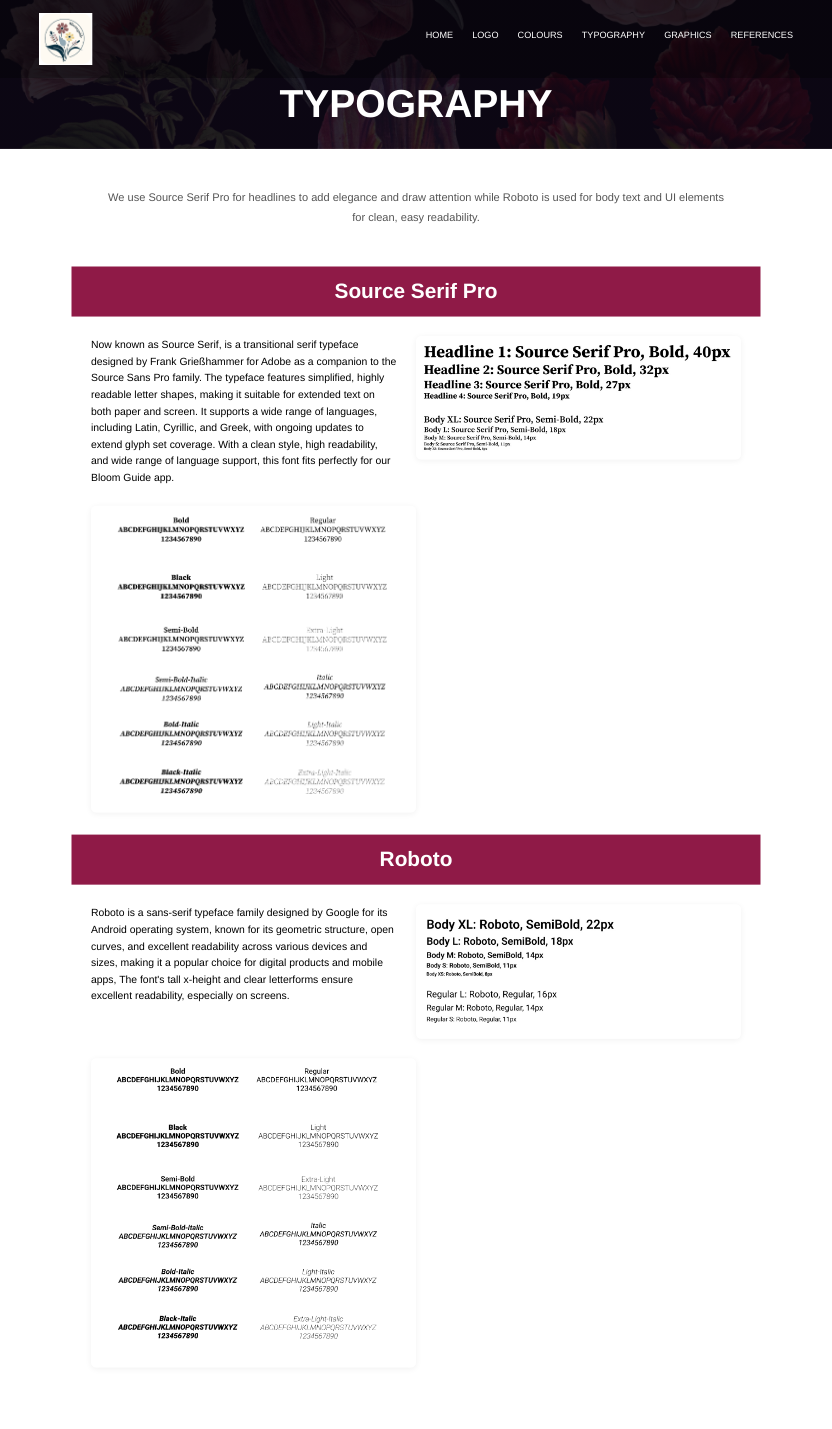
Repository: Emmalee06/styleguide-design2
Page: typography.html
An editor plug-in stored every save of this project. The page is shown before and after the next save, followed by the edit.
The browser window is 1280 px wide. The pictures show the whole page, at 65% of full size.

Above is the page before, as saved 2025-04-07 00:52:22.

After the next save:
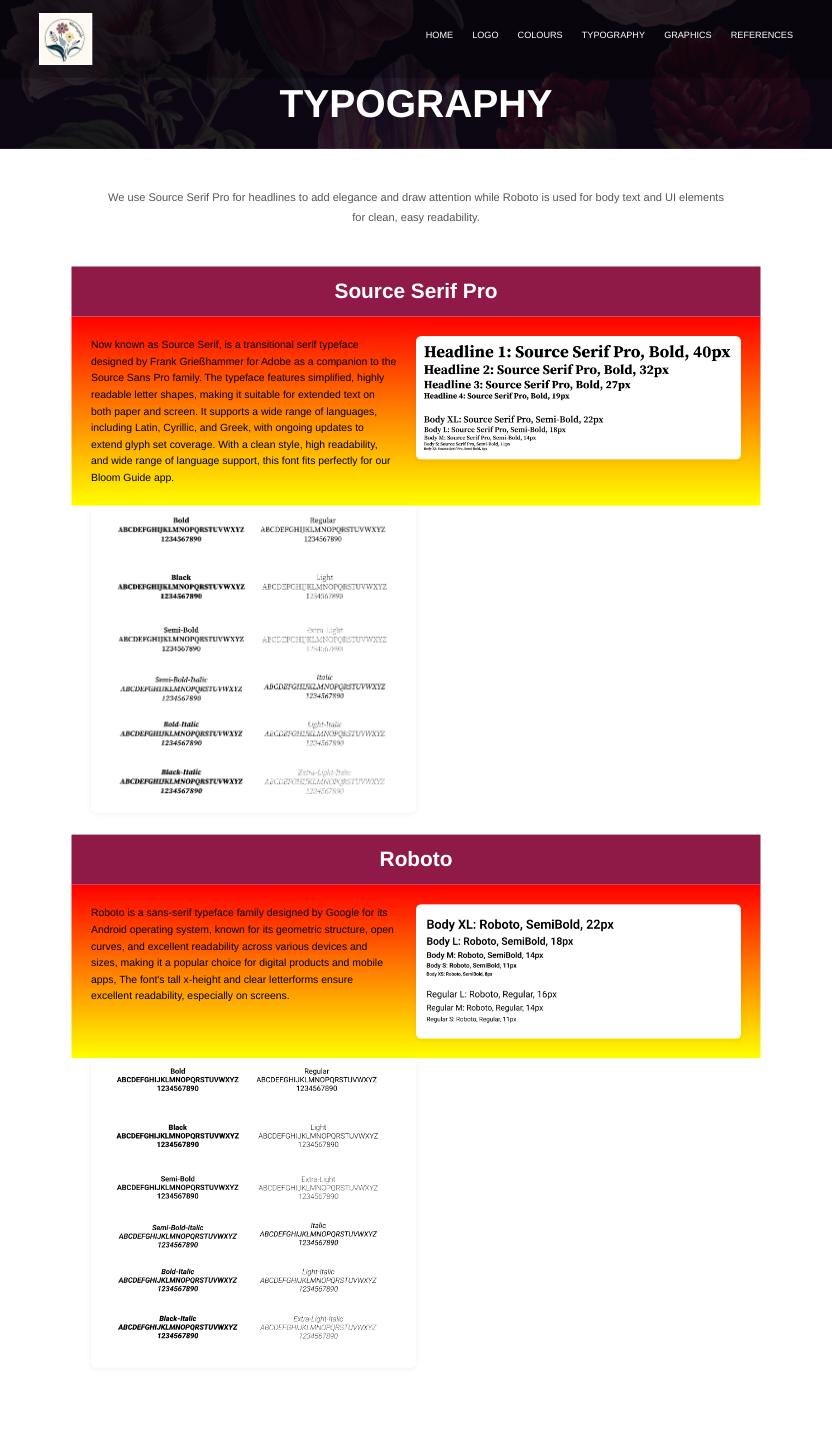
Saved 19 s later.
--- a/style.css
+++ b/style.css
@@ -340,7 +340,7 @@
     align-items: flex-start;
     padding: 30px;
     gap: 30px;
-    background-color: linear-gradient(red, yellow);
+    background-image: linear-gradient(red, yellow);
 }
 
 /* Text Block */
